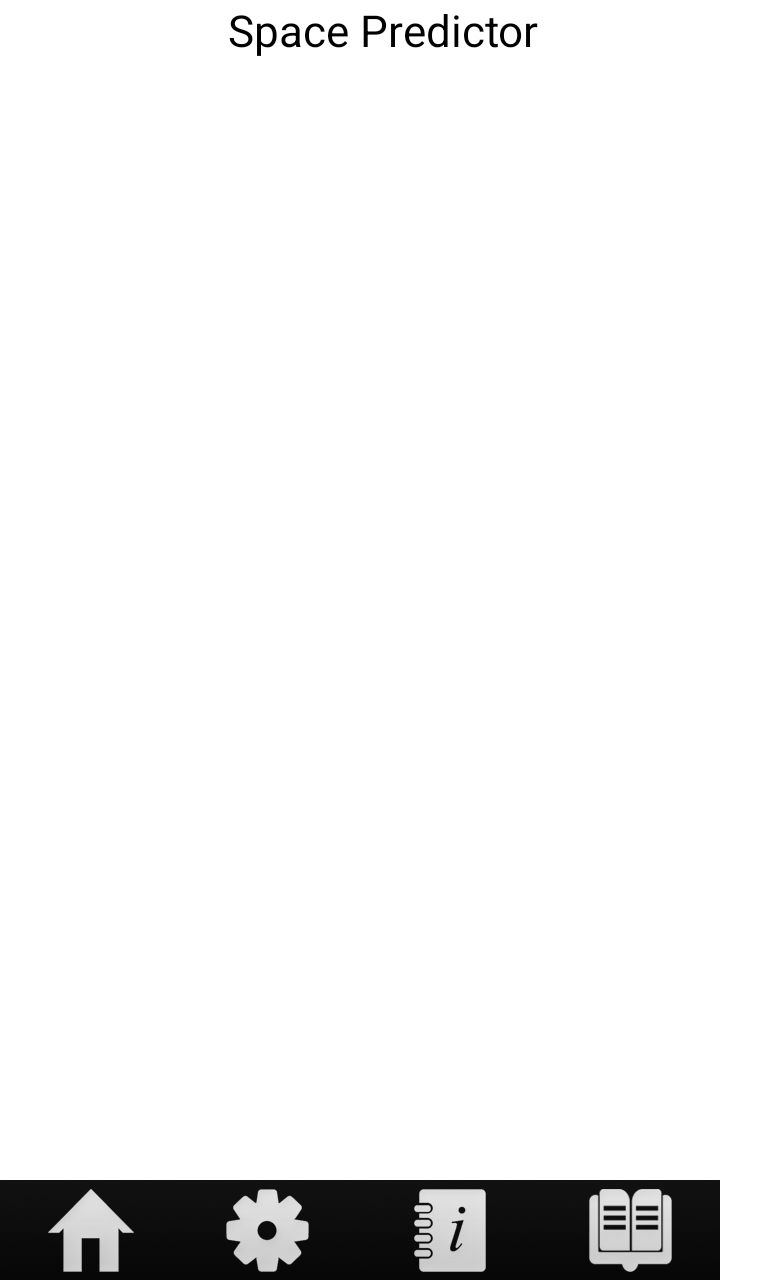
Repository: jo3bolton/PIKJEJ
Layout: PIKJEJ v7/PIKJEJ/res/layout/activity_predictor.xml
The author's editor kept a copy of each file at every save. The layout is drawn from the files as they stood at one save, then again after the next save.
It is drawn on a 768 x 1280 px phone screen (xhdpi) without system bars, with theme AppTheme; the app's code is not run.

Above is the layout before, as saved 2013-03-23 14:16:56.

### PIKJEJ v7/PIKJEJ/res/layout/activity_predictor.xml
<RelativeLayout xmlns:android="http://schemas.android.com/apk/res/android"
    xmlns:tools="http://schemas.android.com/tools"
    android:layout_width="match_parent"
    android:layout_height="match_parent"
    android:contentDescription="@string/title_activity_predictor"
    android:screenOrientation="portrait"
    tools:context=".Predictor" >

    <ImageButton
        android:id="@+id/home"
        android:layout_width="wrap_content"
        android:layout_height="wrap_content"
        android:layout_alignParentBottom="true"
        android:layout_alignParentLeft="true"
        android:background="@drawable/ic_tab_home_unselected"
        android:contentDescription="@string/title_activity_home"
        android:onClick="Home" />

    <ImageButton
        android:id="@+id/settings"
        android:layout_width="wrap_content"
        android:layout_height="wrap_content"
        android:layout_alignParentBottom="true"
        android:layout_toRightOf="@+id/home"
        android:background="@drawable/ic_tab_settings_unselected"
        android:contentDescription="@string/title_activity_settings"
        android:onClick="Settings" />

    <ImageButton
        android:id="@+id/about"
        android:layout_width="wrap_content"
        android:layout_height="wrap_content"
        android:layout_alignParentBottom="true"
        android:layout_toRightOf="@+id/settings"
        android:background="@drawable/ic_tab_about_unselected"
        android:contentDescription="@string/page_about"
        android:onClick="About" />

    <ImageButton
        android:id="@+id/userguide"
        android:layout_width="wrap_content"
        android:layout_height="wrap_content"
        android:layout_alignParentBottom="true"
        android:layout_toRightOf="@+id/about"
        android:background="@drawable/ic_tab_userguide_unselected"
        android:contentDescription="@string/title_activity_userguide"
        android:onClick="Userguide" />

    <TextView
        android:id="@+id/textView1"
        android:layout_width="wrap_content"
        android:layout_height="wrap_content"
        android:layout_above="@+id/ImageButton1"
        android:layout_centerHorizontal="true"
        android:layout_marginBottom="132dp"
        android:contentDescription="@string/title_activity_predictor"
        android:text="Space Predictor"
        android:textAppearance="?android:attr/textAppearanceLarge" />

</RelativeLayout>

### PIKJEJ v7/PIKJEJ/res/values/strings.xml
<?xml version="1.0" encoding="utf-8"?>
<resources>

    <string name="app_name">PIKJEJ</string>
    <string name="action_settings">Settings</string>
    <string name="hello_world">Hello world!</string>
    <string name="title_activity_about">About</string>
    <string name="title_activity_alt_travel">AltTravel</string>
    <string name="title_activity_userguide">Userguide</string>
    <string name="title_activity_schedule">Schedule</string>
    <string name="title_activity_settings">Settings</string>
    <string name="title_activity_predictor">Predictor</string>
    <string name="title_activity_terms">Terms</string>
    <string name="title_activity_splash">Splash</string>
    <string name="title_activity_home">Home</string>
    <string name="Clock">DigitalClock</string><string name="page_about"><b>The PIKJEJ Application was created by the PIKJEJ development team.</b> \n \n <b> Project Leader:</b> \n Joseph Bolton \n\n <b>Team Members:</b> \n Ethan Tsang \n James Cassidy \n Peter Fletcher \n Ian Cannon \n  Kyle Ryan \n\n PIKJEJ Car Park Application \n Version 7.1 \n Copyright 2013 PIKJEJ \n\n Map facilities provided by Google Maps \n\n </string>


</resources>

Loaded but not shown: PIKJEJ v7/PIKJEJ/res/values/styles.xml (common file); PIKJEJ v7/PIKJEJ/res/values-v11/styles.xml (common file); PIKJEJ v7/PIKJEJ/res/values-v14/styles.xml (common file)

After the next save:
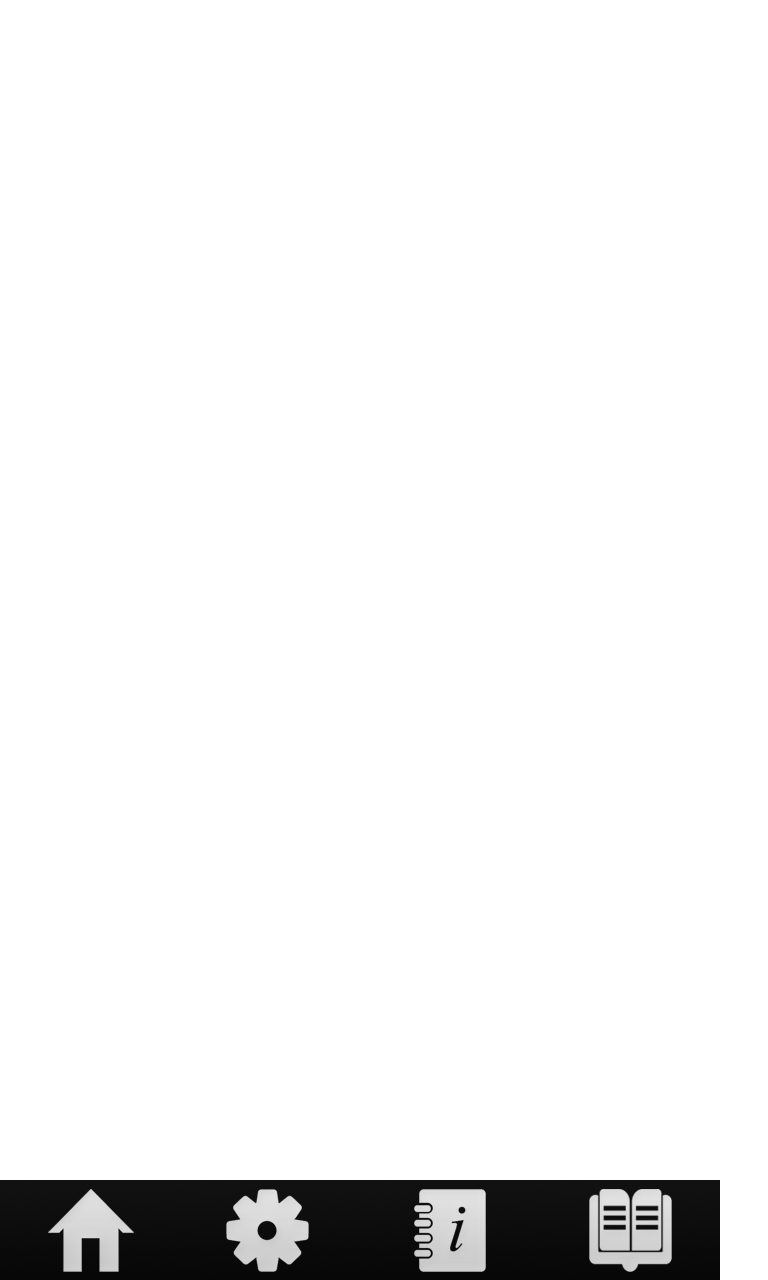
Saved 33 s later.
--- a/PIKJEJ v7/PIKJEJ/res/layout/activity_predictor.xml
+++ b/PIKJEJ v7/PIKJEJ/res/layout/activity_predictor.xml
@@ -50,11 +50,9 @@
         android:id="@+id/textView1"
         android:layout_width="wrap_content"
         android:layout_height="wrap_content"
-        android:layout_above="@+id/ImageButton1"
         android:layout_centerHorizontal="true"
         android:layout_marginBottom="132dp"
-        android:contentDescription="@string/title_activity_predictor"
-        android:text="Space Predictor"
+        android:content="@string/title_activity_predictor"
         android:textAppearance="?android:attr/textAppearanceLarge" />
 
 </RelativeLayout>
